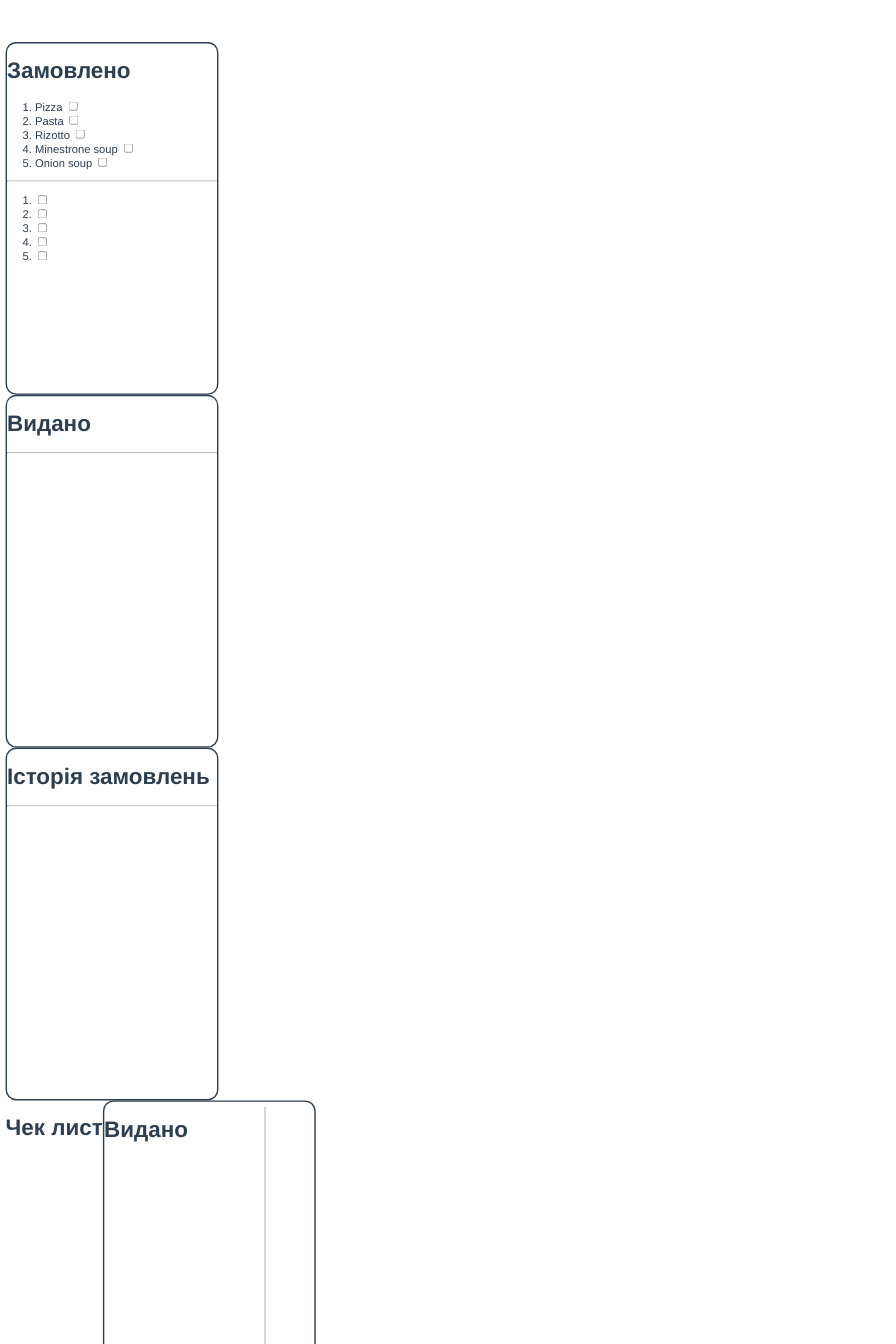
Repository: Salexandraa/HOME_Subotina
Page: / (app in order-list/)
The author's editor kept a copy of each file at every save. The page is drawn from the files as they stood at one save, then again after the next save.
The browser window is 1280 px wide. The pictures show the part of the page from y = 0 to 1920 px (the page is 2588 px tall before and 720 px after), at 70% of full size.
The project was rebuilt for these pictures with package versions that can differ from the ones it lists, and the page was loaded fresh each time.

Above is the page before, as saved 2020-10-09 16:19:10.

After the next save:
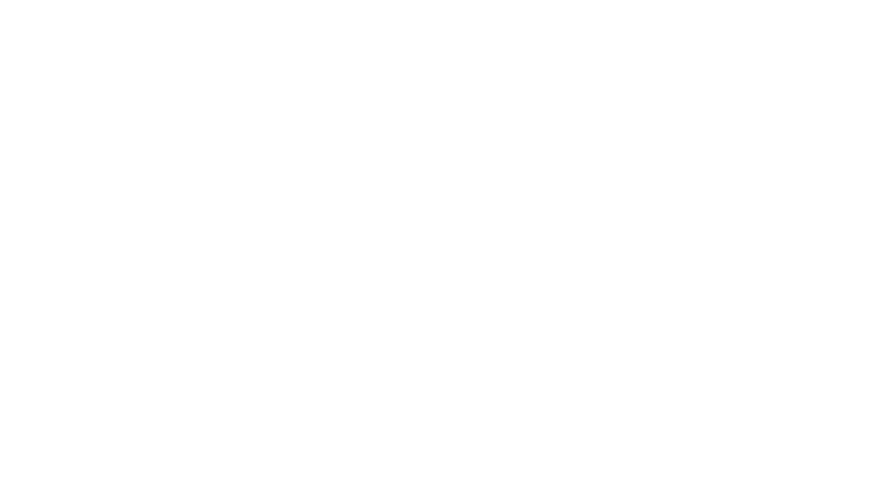
Console error: ReferenceError: Reversed is not defined
Saved 29 s later.
--- a/order-list/src/components/CheckList/index.vue
+++ b/order-list/src/components/CheckList/index.vue
@@ -13,7 +13,7 @@
 </template>
 
 <script>
-import Reversed from "./Reserved"
+import Reserved from "./Reserved"
 import OrderIssued from "./OrderIssued"
 import History from "./History"
     export default {

After the save that followed:
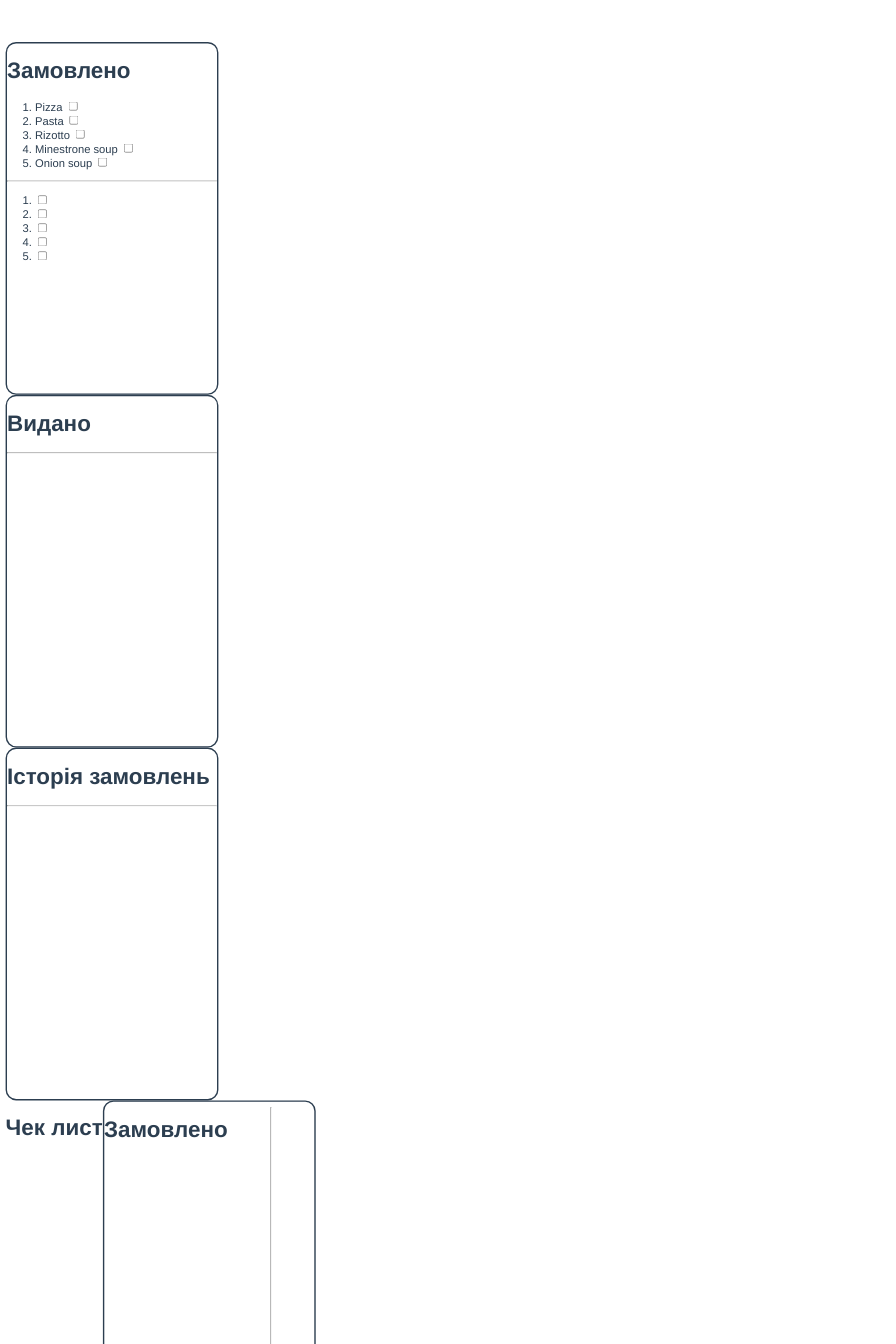
The error is gone.
Saved 18 s later.
--- a/order-list/src/components/CheckList/index.vue
+++ b/order-list/src/components/CheckList/index.vue
@@ -19,7 +19,7 @@ import History from "./History"
     export default {
         name:"CheckList",
         components:{
-            Reversed,
+            Reserved,
             OrderIssued,
             History
         },
